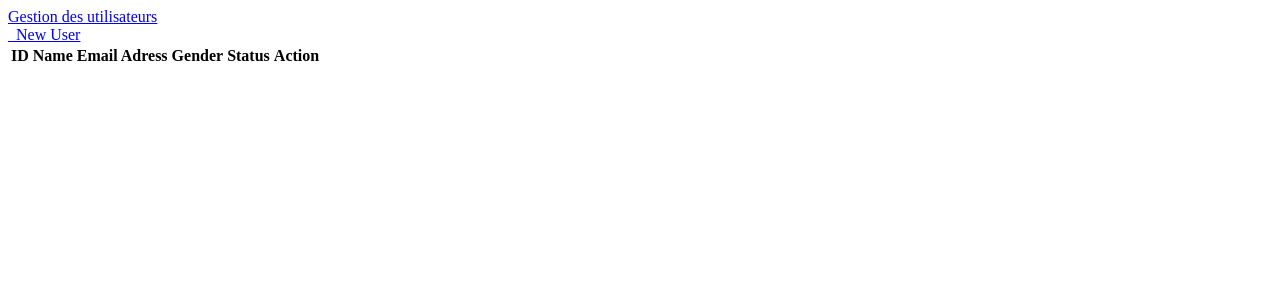
Repository: SKB-TECH/CrudMren
Page: http://localhost/
An editor plug-in stored every save of this project. The page is shown before and after a run of saves, followed by the edit.
The browser window is 1280 px wide. The pictures show the whole page.
The page is served by the project's Node server (server.js).

Above is the page before, as saved 2022-10-11 14:26:55.

After the next 3 saves:
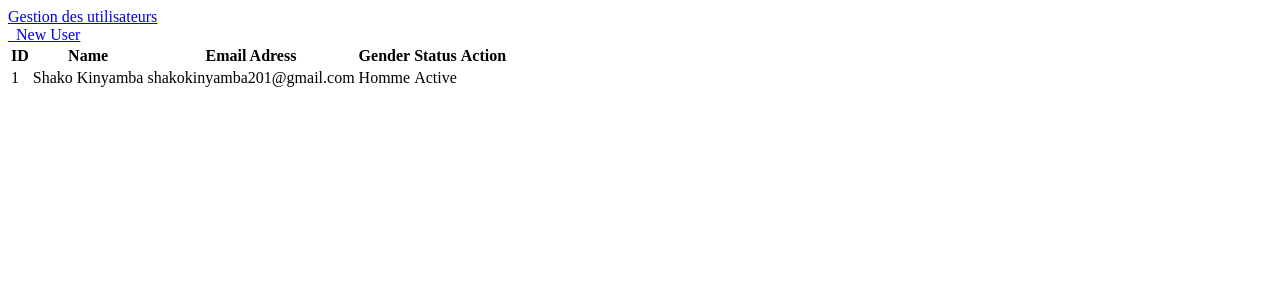
The 3 saves are shown as one change because 2 did not build or start.
The last was saved 7 min 31 s later.
--- a/views/index.ejs
+++ b/views/index.ejs
@@ -23,7 +23,7 @@
                             <th>Action</th>
                         </tr>
                     <tbody>
-
+                        <%- include('./include/_show') %>
                     </tbody>
                     </thead>
                 </table>
